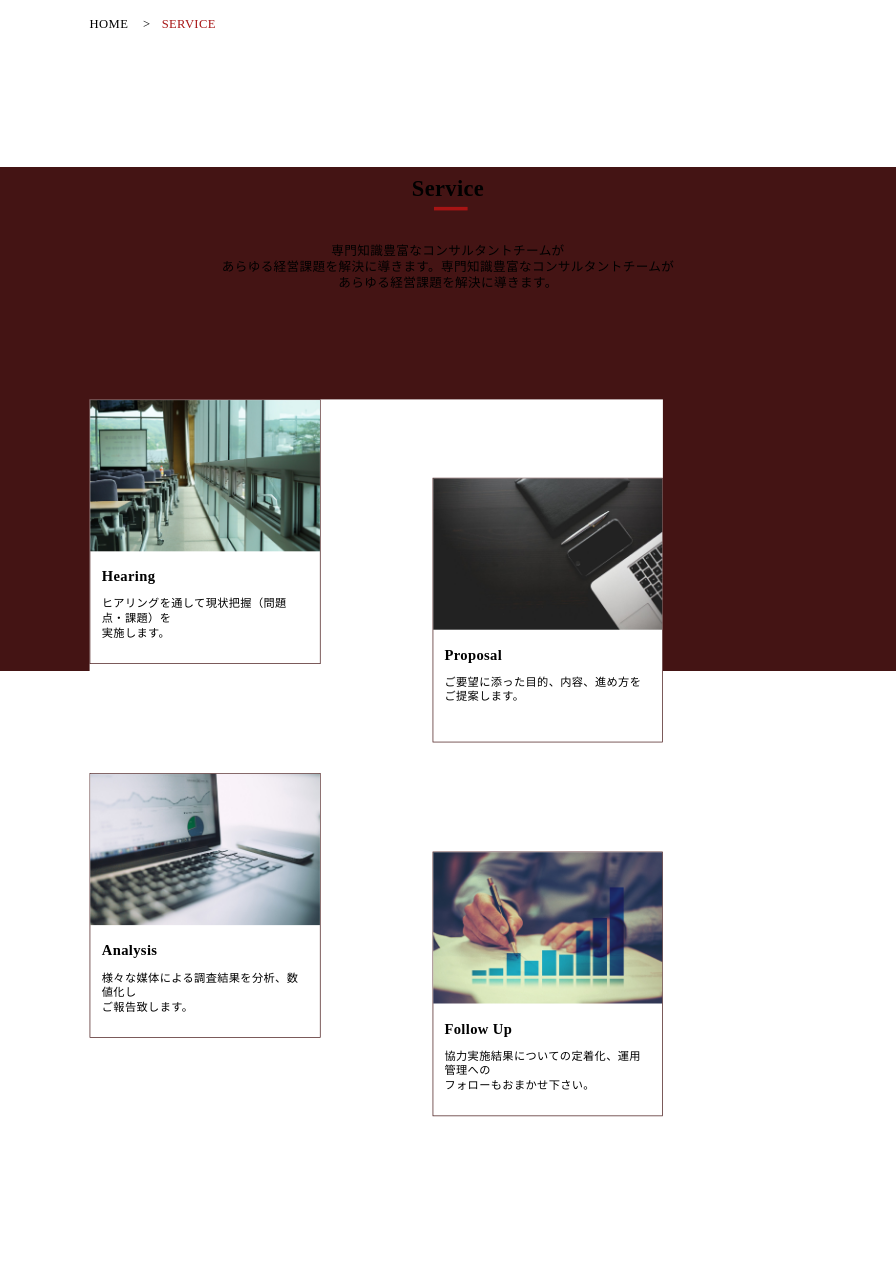
Repository: nozomi-23/hp2_test
Page: html/service.html
The author's editor kept a copy of each file at every save. The page is drawn from the files as they stood at one save, then again after the next save.
The browser window is 1280 px wide. The pictures show the part of the page from y = 821 to 2741 px (the page is 2652 px tall before and 2760 px after), at 70% of full size.
Some web fonts or font styles are not loaded; a fallback is used. Some web libraries are served in a nearby version.

Above is the page before, as saved 2022-06-26 08:01:39.

After the next save:
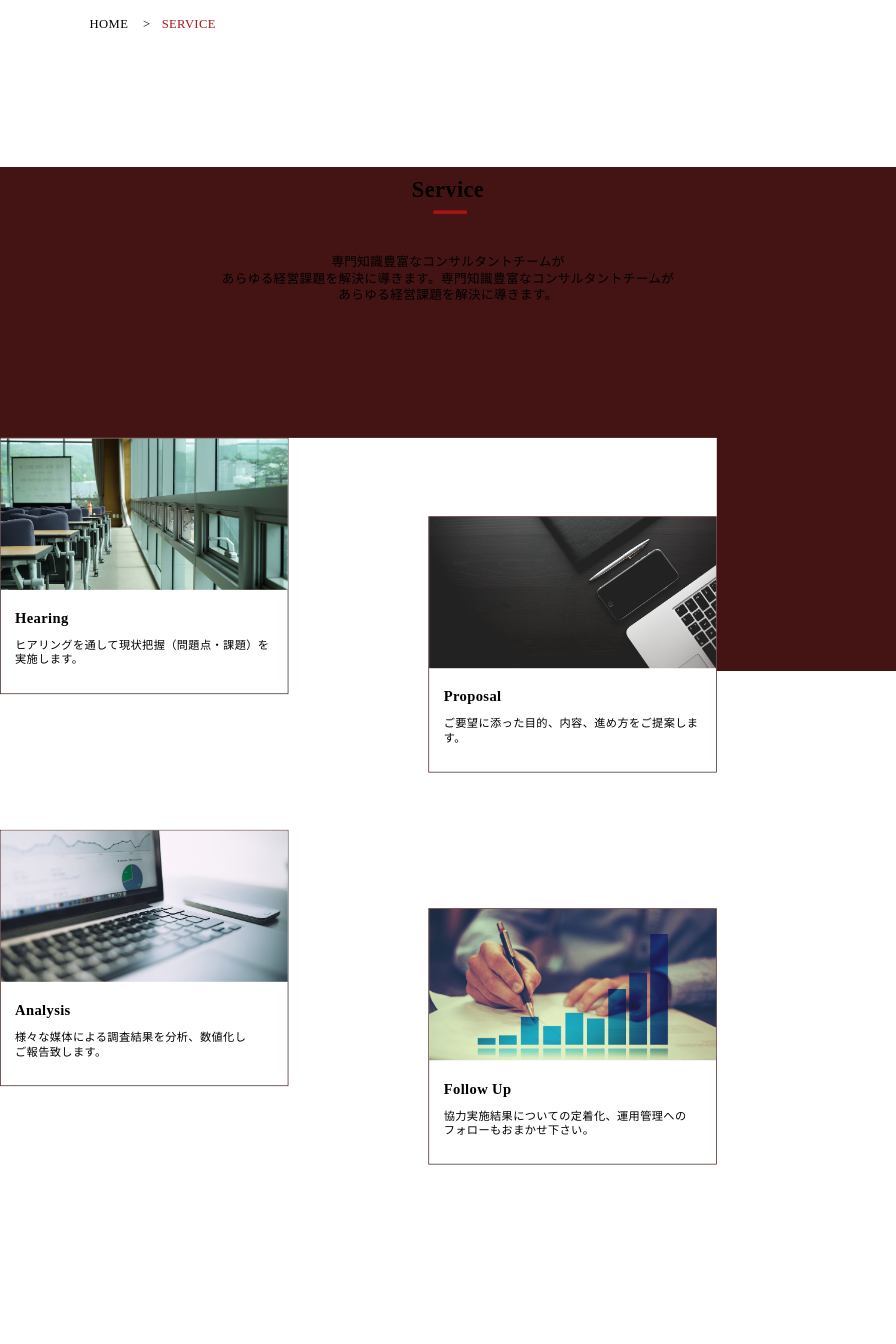
Saved 6 s later.
--- a/html/service.html
+++ b/html/service.html
@@ -92,7 +92,7 @@
 
   <section class="service_intro section">
     <div class="service_bg"></div>
-    <div class="inner">
+    <!-- <div class="inner"> -->
       <div class="service_tex">
         <h3 class="section_ttl">Service</h3>
         <p class="service_txt">専門知識豊富なコンサルタントチームが<br>

After the save that followed:
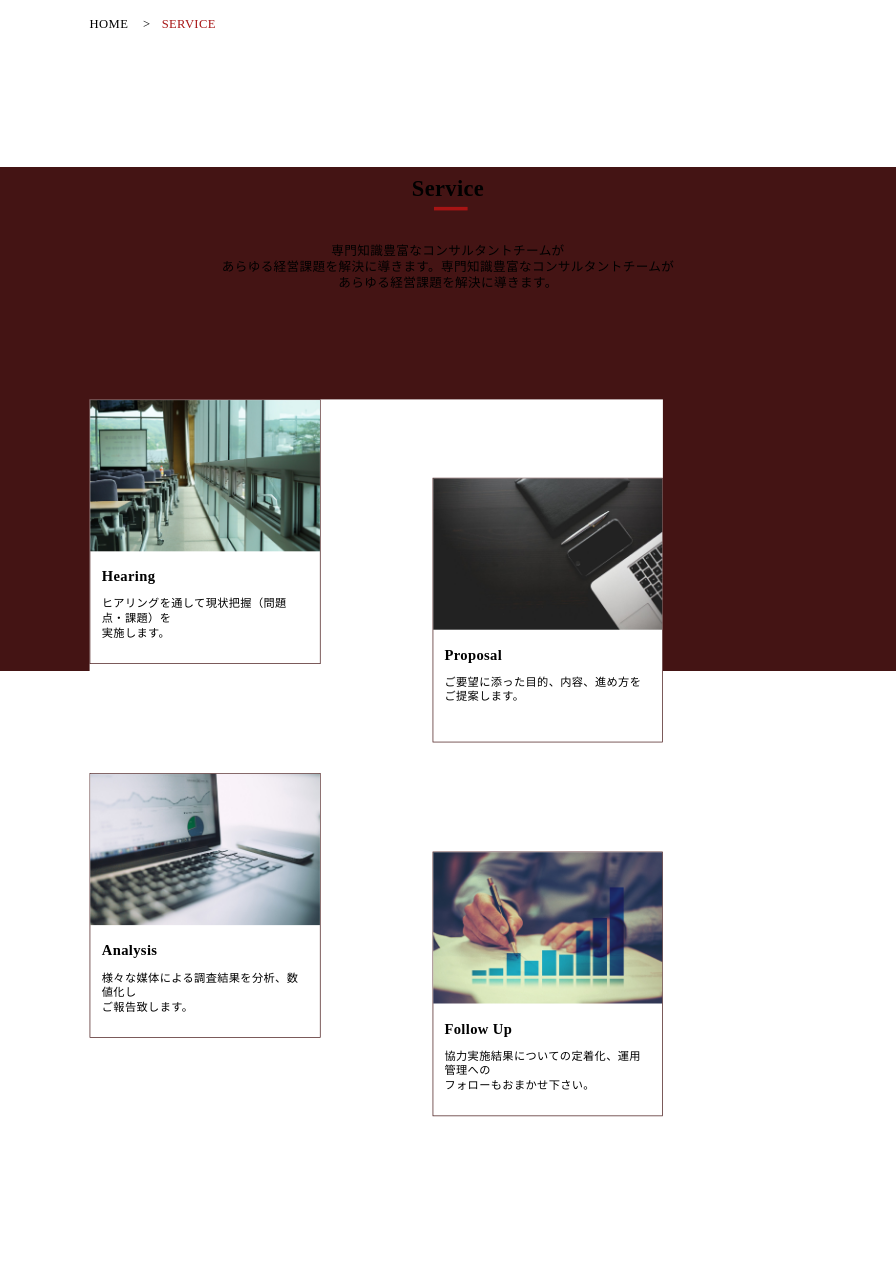
Saved 6 s later.
--- a/html/service.html
+++ b/html/service.html
@@ -92,7 +92,7 @@
 
   <section class="service_intro section">
     <div class="service_bg"></div>
-    <!-- <div class="inner"> -->
+    <div class="inner">
       <div class="service_tex">
         <h3 class="section_ttl">Service</h3>
         <p class="service_txt">専門知識豊富なコンサルタントチームが<br>
